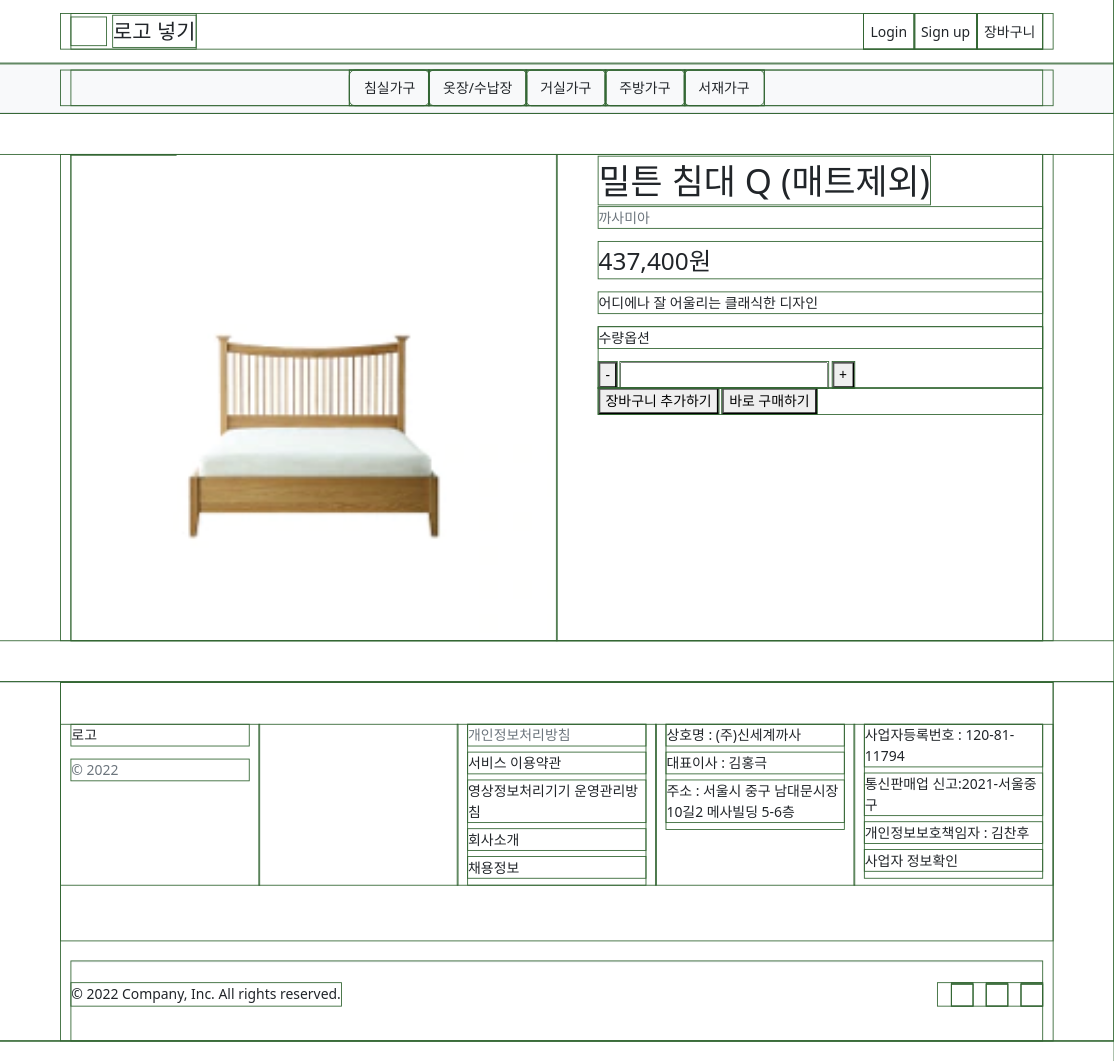
Repository: raoniee/Elice-House-Project
Page: FE/views/pages/main/item-detail-page.html
An editor plug-in stored every save of this project. The page is shown before and after the next save, followed by the edit.
The browser window is 1280 px wide. The pictures show the whole page, at 87% of full size.

Above is the page before, as saved 2023-07-06 15:03:42.

### FE/views/pages/main/item-detail-page.html
<!DOCTYPE html>
<html lang="ko">
  <head>
    <meta charset="UTF-8" />
    <meta http-equiv="X-UA-Compatible" content="IE=edge" />
    <meta name="viewport" content="width=device-width, initial-scale=1.0" />
    <title>Elice-House/item-detail</title>
    <link
      href="https://cdn.jsdelivr.net/npm/bootstrap@5.2.3/dist/css/bootstrap.min.css"
      rel="stylesheet"
      integrity="sha384-rbsA2VBKQhggwzxH7pPCaAqO46MgnOM80zW1RWuH61DGLwZJEdK2Kadq2F9CUG65"
      crossorigin="anonymous"
    />
    <!-- header.module.js -->
    <script
      src="../../components/header/header.js"
      type="module"
      defer
    ></script>
    <!-- footer.module.js -->
    <script
      src="../../components/footer/footer.js"
      type="module"
      defer
    ></script>
    <!-- item-detail-page.module.js -->
    <script src="./item-detail-page.js" type="module" defer></script>
    <style>
      * {
        outline: 1px solid #363;
      }
    </style>
  </head>
  <body>
    <header class="header">
      <!-- header template로 삽입 -->
    </header>

    <main>
      <div class="container my-5">
        <div
          class="menu_bar d-flex justify-content-between"
          style="width: 120px"
        >
          <!-- menu_bar template로 삽입 -->
        </div>

        <div class="item_detail_card d-flex justify-content-between">
          <img
            class="w-50"
            src="../../../public/assets/imgs/item-list-card.webp"
            alt="가구"
          />
          <div class="item_detail_content w-50 ps-5">
            <span class="item_detail_name fs-1">밀튼 침대 Q (매트제외)</span>
            <p class="item_detail_brand text-muted">까사미아</p>
            <p class="item_detail_price fs-3">437,400원</p>
            <p class="item_detail_desc">어디에나 잘 어울리는 클래식한 디자인</p>
            <div class="item_detail_quantity">
              <p>수량옵션</p>
              <button id="minus">-</button>
              <input type="number" />
              <button id="plus">+</button>
            </div>
            <div class="item_detail_option">
              <button class="basket">장바구니 추가하기</button>
              <button class="purchase">바로 구매하기</button>
            </div>
          </div>
        </div>
      </div>
    </main>

    <footer class="footer">
      <!-- footer template로 삽입 -->
    </footer>

    <script
      src="https://cdn.jsdelivr.net/npm/bootstrap@5.2.3/dist/js/bootstrap.bundle.min.js"
      integrity="sha384-kenU1KFdBIe4zVF0s0G1M5b4hcpxyD9F7jL+jjXkk+Q2h455rYXK/7HAuoJl+0I4"
      crossorigin="anonymous"
    ></script>
  </body>
</html>

### FE/views/components/header/header.js
export const drawHeader = () => {
  let headerTemplate = `
  <div class="py-3 border-bottom">
      <div class="container d-flex flex-wrap justify-content-center">
        <a
          href="/"
          class="d-flex align-items-center mb-3 mb-lg-0 me-lg-auto text-dark text-decoration-none"
        >
          <svg class="bi me-2" width="40" height="32">
            <use xlink:href="#bootstrap" />
          </svg>
          <span class="fs-4">로고 넣기</span>
        </a>
        <ul class="nav">
          <li class="nav-item">
            <a href="" class="nav-link link-dark px-2">Login</a>
          </li>
          <li class="nav-item">
            <a href="" class="nav-link link-dark px-2">Sign up</a>
          </li>
          <li class="nav-item">
            <a href="" class="nav-link link-dark px-2">장바구니</a>
          </li>
        </ul>
      </div>
    </div>
    <nav class="py-2 bg-light border-bottom">
      <div class="container">
        <ul class="nav justify-content-center nav-pills">
          <li class="nav-item">
            <div class="dropdown text-end">
              <a
                href="#"
                class="d-block link-dark text-decoration-none nav-link"
                data-bs-toggle="dropdown"
                aria-expanded="false"
                >침실가구
              </a>
              <ul class="dropdown-menu text-small">
                <li><a class="dropdown-item" href="#">침대</a></li>
                <li><a class="dropdown-item" href="#">매트리스/토퍼</a></li>
                <li><a class="dropdown-item" href="#">화장대/콘솔/거울</a></li>
                <li><a class="dropdown-item" href="#">서랍장/협탁</a></li>
              </ul>
            </div>
          </li>
          <li class="nav-item">
            <div class="dropdown text-end">
              <a
                href="#"
                class="d-block link-dark text-decoration-none nav-link"
                data-bs-toggle="dropdown"
                aria-expanded="false"
                >옷장/수납장
              </a>
              <ul class="dropdown-menu text-small">
                <li><a class="dropdown-item" href="#">옷장/붙박이장</a></li>
                <li><a class="dropdown-item" href="#">드레스룸/행거</a></li>
              </ul>
            </div>
          </li>
          <li class="nav-item">
            <div class="dropdown text-end">
              <a
                href="#"
                class="d-block link-dark text-decoration-none nav-link"
                data-bs-toggle="dropdown"
                aria-expanded="false"
                >거실가구
              </a>
              <ul class="dropdown-menu text-small">
                <li><a class="dropdown-item" href="#">소파</a></li>
                <li><a class="dropdown-item" href="#">거실테이블</a></li>
                <li><a class="dropdown-item" href="#">거실장</a></li>
              </ul>
            </div>
          </li>
          <li class="nav-item">
            <div class="dropdown text-end">
              <a
                href="#"
                class="d-block link-dark text-decoration-none nav-link"
                data-bs-toggle="dropdown"
                aria-expanded="false"
                >주방가구
              </a>
              <ul class="dropdown-menu text-small">
                <li><a class="dropdown-item" href="#">식탁/테이블</a></li>
                <li><a class="dropdown-item" href="#">홈바/아일랜드식탁</a></li>
                <li><a class="dropdown-item" href="#">식탁세트</a></li>
              </ul>
            </div>
          </li>
          <li class="nav-item">
            <div class="dropdown text-end">
              <a
                href="#"
                class="d-block link-dark text-decoration-none nav-link"
                data-bs-toggle="dropdown"
                aria-expanded="false"
                >서재가구
              </a>
              <ul class="dropdown-menu text-small">
                <li><a class="dropdown-item" href="#">책상/책장/ACC</a></li>
                <li><a class="dropdown-item" href="#">서재의자</a></li>
              </ul>
            </div>
          </li>
        </ul>
      </div>
    </nav>
    `;
  // .header 부분에 header.html을 삽입
  const headerTag = document.querySelector(".header");
  headerTag.innerHTML = headerTemplate;
};

### FE/views/components/footer/footer.js
export const drawFooter = () => {
  let footerTemplate = `        <div class="border-top">
        <div class="container">
      <div class="row py-5">
        <div class="col mb-3">
          <a
            href="/"
            class="d-flex align-items-center mb-3 link-dark text-decoration-none"
          >
            로고
          </a>
          <p class="text-muted">&copy; 2022</p>
        </div>

        <div class="col mb-3"></div>

        <div class="col mb-3">
          <ul class="nav flex-column">
            <li class="nav-item mb-2 text-muted">개인정보처리방침</li>
            <li class="nav-item mb-2">서비스 이용약관</li>
            <li class="nav-item mb-2">영상정보처리기기 운영관리방침</li>
            <li class="nav-item mb-2">회사소개</li>
            <li class="nav-item mb-2">채용정보</li>
          </ul>
        </div>

        <div class="col mb-3">
          <ul class="nav flex-column">
            <li class="nav-item mb-2">상호명 : (주)신세계까사</li>
            <li class="nav-item mb-2">대표이사 : 김홍극</li>
            <li class="nav-item mb-2">
              주소 : 서울시 중구 남대문시장10길2 메사빌딩 5-6층
            </li>
          </ul>
        </div>

        <div class="col mb-3">
          <ul class="nav flex-column">
            <li class="nav-item mb-2">사업자등록번호 : 120-81-11794</li>
            <li class="nav-item mb-2">통신판매업 신고:2021-서울중구</li>
            <li class="nav-item mb-2">개인정보보호책임자 : 김찬후</li>
            <li class="nav-item mb-2">사업자 정보확인</li>
          </ul>
        </div>
      </div>
      <div
        class="d-flex flex-column flex-sm-row justify-content-between py-4 my-4 border-top"
      >
        <p>&copy; 2022 Company, Inc. All rights reserved.</p>
        <ul class="list-unstyled d-flex">
          <li class="ms-3">
            <a class="link-dark" href="#"
              ><svg class="bi" width="24" height="24">
                <use xlink:href="#twitter" /></svg
            ></a>
          </li>
          <li class="ms-3">
            <a class="link-dark" href="#"
              ><svg class="bi" width="24" height="24">
                <use xlink:href="#instagram" /></svg
            ></a>
          </li>
          <li class="ms-3">
            <a class="link-dark" href="#"
              ><svg class="bi" width="24" height="24">
                <use xlink:href="#facebook" /></svg
            ></a>
          </li>
        </ul>
      </div>
    </div>

        </div>`;
  // .footer 부분에 footer.html을 삽입
  const footerTag = document.querySelector(".footer");
  footerTag.innerHTML = footerTemplate;
};

### FE/views/pages/main/item-detail-page.js
import { drawHeader } from "../../components/header/header.js";
import { drawFooter } from "../../components/footer/footer.js";

// Header, Footer 템플릿 삽입
drawHeader();
drawFooter();

After the next save:
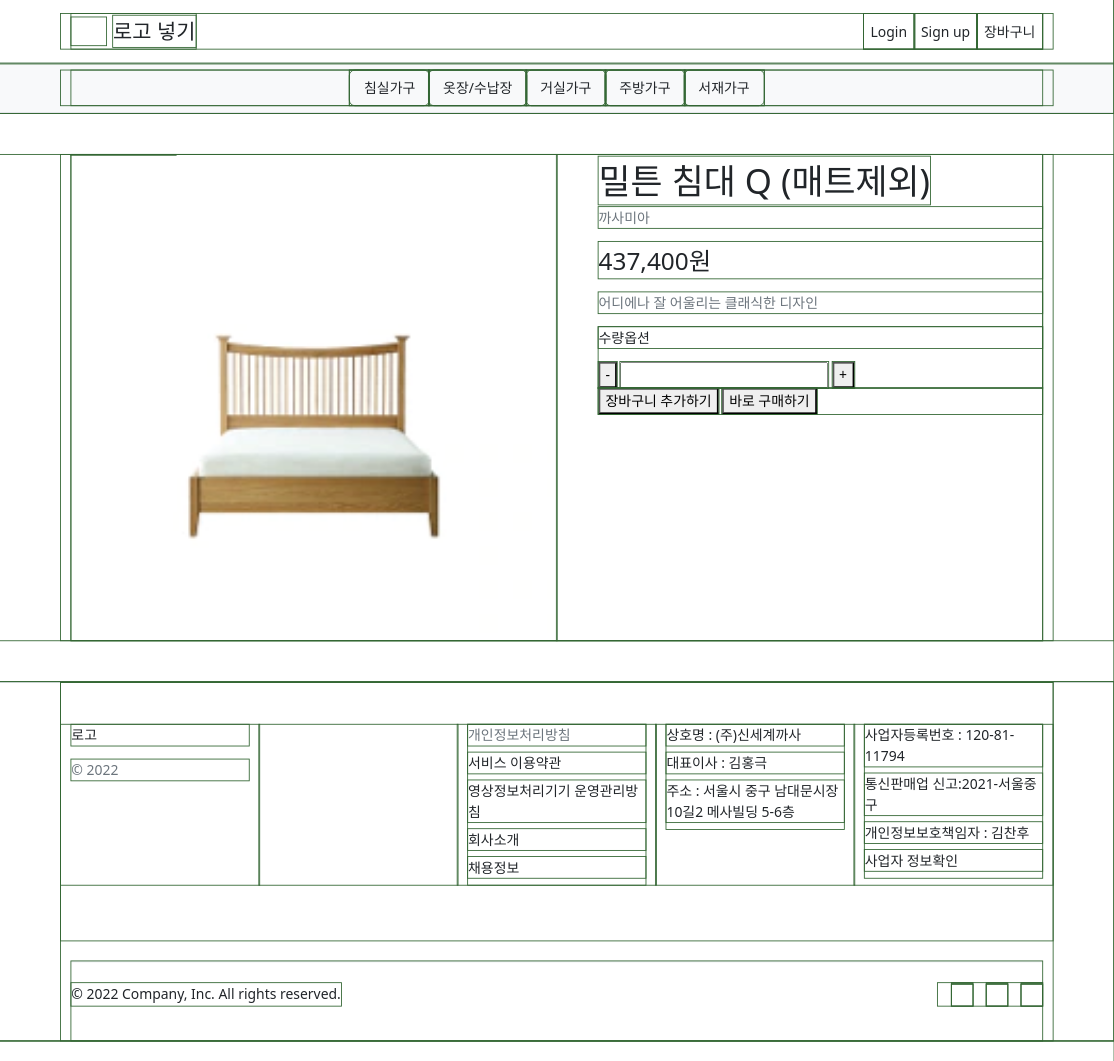
Saved 25 s later.
--- a/FE/views/pages/main/item-detail-page.html
+++ b/FE/views/pages/main/item-detail-page.html
@@ -55,7 +55,9 @@
             <span class="item_detail_name fs-1">밀튼 침대 Q (매트제외)</span>
             <p class="item_detail_brand text-muted">까사미아</p>
             <p class="item_detail_price fs-3">437,400원</p>
-            <p class="item_detail_desc">어디에나 잘 어울리는 클래식한 디자인</p>
+            <p class="item_detail_desc text-muted">
+              어디에나 잘 어울리는 클래식한 디자인
+            </p>
             <div class="item_detail_quantity">
               <p>수량옵션</p>
               <button id="minus">-</button>
